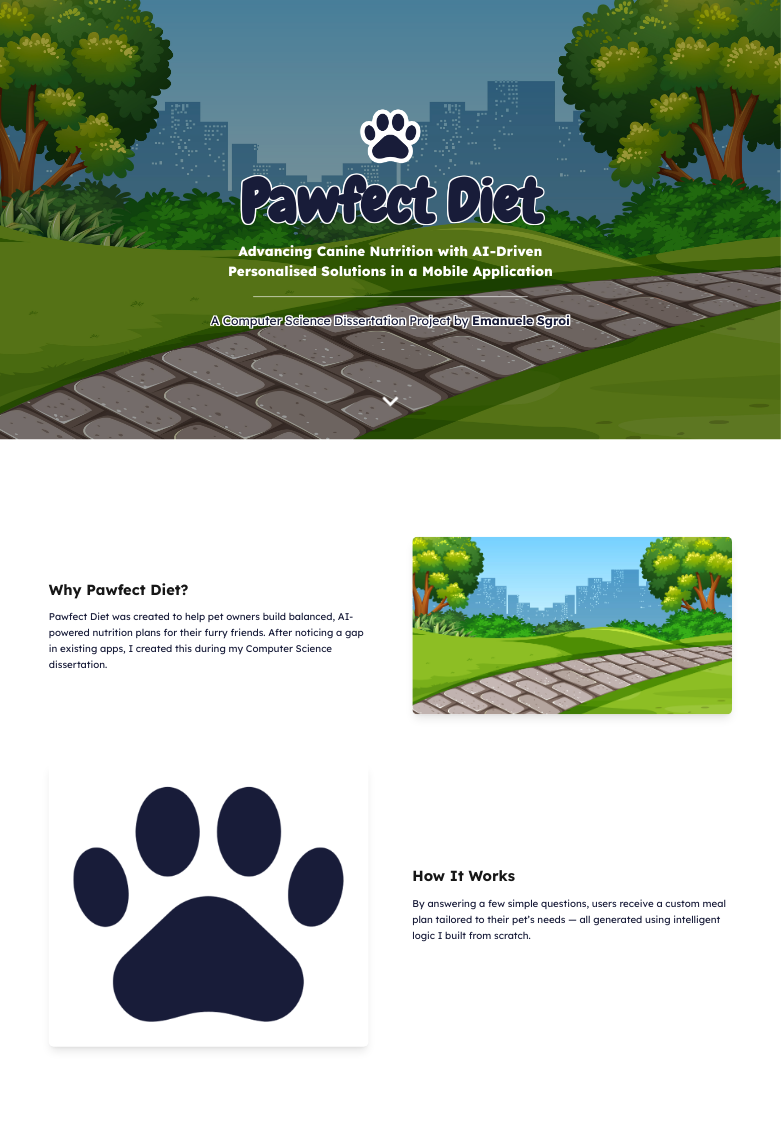
Repository: Emanuele-Sgroi/Pawfect-Diet-App-Showcase
Page: /
The author's editor kept a copy of each file at every save. The page is drawn from the files as they stood at one save, then again after the next save.
The browser window is 1280 px wide. The pictures show the whole page, at 61% of full size.
The project was rebuilt for these pictures with package versions that can differ from the ones it lists, and the page was loaded fresh each time. The framework's server and built-in components were replaced by stand-ins that run in the browser. Also part of the build but not shown: next.config.mjs.

Above is the page before, as saved 2025-04-18 15:58:17.

### src/app/page.js
import HeroSection from "@/components/HeroSection";
import AboutSectionBlock from "@/components/AboutSectionBlock";
import images from "@/utils/importImages";

export default function Home() {
  return (
    <main>
      <HeroSection />
      <section id="about" className="min-h-screen px-6 py-20 bg-white">
        <div className="max-w-6xl mx-auto">
          <AboutSectionBlock
            title="Why Pawfect Diet?"
            text="Pawfect Diet was created to help pet owners build balanced, AI-powered nutrition plans for their furry friends. After noticing a gap in existing apps, I created this during my Computer Science dissertation."
            image={images.hero_bg} // Replace with an actual app screenshot
          />

          <AboutSectionBlock
            title="How It Works"
            text="By answering a few simple questions, users receive a custom meal plan tailored to their pet’s needs — all generated using intelligent logic I built from scratch."
            image={images.logo_white} // Replace with another screenshot
            reverse
          />
        </div>
      </section>
    </main>
  );
}

### src/app/globals.css
@import url("https://fonts.googleapis.com/css2?family=Chewy&family=Cormorant+Garamond:ital,wght@0,300;0,400;0,500;0,600;0,700;1,300;1,400;1,500;1,600;1,700&family=Cormorant:ital,wght@0,300..700;1,300..700&family=Montserrat:ital,wght@0,100..900;1,100..900&family=Poppins:ital,wght@0,100;0,200;0,300;0,400;0,500;0,600;0,700;0,800;0,900;1,100;1,200;1,300;1,400;1,500;1,600;1,700;1,800;1,900&family=Roboto:ital,wght@0,100..900;1,100..900&display=swap");
@import url("https://fonts.googleapis.com/css2?family=Lexend:wght@100..900&display=swap");

@import "tailwindcss";

:root {
  --background: #ffffff;
  --foreground: #171717;

  --text-primary: #171717;
  --text-secondary: #181c39;
  --text-light: #ffffff;
}

.chewy-font {
  font-family: "Chewy", system-ui;
  font-style: normal;
}

.lexend-font {
  font-family: "Lexend", sans-serif;
  font-optical-sizing: auto;
  font-style: normal;
}

body {
  background: var(--background);
  color: var(--text-primary);
  font-family: "Lexend", sans-serif;
}

.text-primary {
  color: var(--text-primary);
}

.text-secondary {
  color: var(--text-secondary);
}

.text-light {
  color: var(--text-light);
}

.white_outline {
  text-shadow: 2px 2px 0 #ffffff, 2px -2px 0 #ffffff, -2px 2px 0 #ffffff,
    -2px -2px 0 #ffffff, 2px 0px 0 #ffffff, 0px 2px 0 #ffffff,
    -2px 0px 0 #ffffff, 0px -2px 0 #ffffff;
}

### src/components/HeroSection.js
"use client";

import Image from "next/image";
import { Link as ScrollLink } from "react-scroll";
import { FaChevronDown } from "react-icons/fa";
import images from "@/utils/importImages";

export default function HeroSection() {
  return (
    <section
      id="hero"
      className="relative h-screen w-full flex flex-col justify-center items-center text-white p-6"
    >
      {/* Background Image */}
      <Image
        src={images.hero_bg}
        alt="Hero Background"
        fill
        className="object-cover"
        priority
      />

      {/* Overlay */}
      <div className="absolute inset-0 bg-black/40 z-10" />

      {/* Centered Logo */}
      <div className="z-20 flex flex-col items-center">
        <Image
          src={images.logo_white}
          alt="App Logo"
          width={200}
          height={200}
          className="mb-4 w-[100px] h-auto max-w-[80%]"
        />
        <h1 className="max-[500px]:text-[39px] text-6xl md:text-8xl chewy-font font-bold text-center text-secondary white_outline">
          Pawfect Diet
        </h1>
        <h2 className="mt-4 font-extrabold text-[18px] sm:text-[22px] max-w-[650px] text-center">
          Advancing Canine Nutrition with AI-Driven Personalised Solutions in a
          Mobile Application
        </h2>
        <div className="bg-white w-full h-px max-w-[450px] my-6" />
        <p className="text-[16px] sm:text-[20px] max-w-[650px] text-center text-secondary white_outline">
          A Computer Science Dissertation Project by{" "}
          <a
            href="https://www.emanuelesgroi.com/"
            target="_blank"
            rel="noopener noreferrer"
            className="font-bold hover:opacity-80 transition"
          >
            Emanuele Sgroi
          </a>
        </p>
      </div>

      {/* Scroll Arrow */}
      <ScrollLink
        to="about"
        smooth={true}
        duration={500}
        className="absolute bottom-10 z-20 cursor-pointer"
      >
        <FaChevronDown className="text-3xl animate-bounce" />
      </ScrollLink>
    </section>
  );
}

### src/components/AboutSectionBlock.js
// components/AboutSectionBlock.jsx
import Image from "next/image";

export default function AboutSectionBlock({
  title,
  text,
  image,
  reverse = false,
}) {
  return (
    <div
      className={`flex flex-col md:flex-row items-center justify-between gap-10 my-20 ${
        reverse ? "md:flex-row-reverse" : ""
      }`}
    >
      {/* Text */}
      <div className="w-full md:w-1/2 text-primary px-4">
        <h3 className="text-2xl font-bold mb-4">{title}</h3>
        <p className="text-base leading-relaxed text-secondary">{text}</p>
      </div>

      {/* Image */}
      <div className="w-full md:w-1/2 px-4">
        <Image
          src={image}
          alt={title}
          className="rounded-lg shadow-lg object-cover"
          width={600}
          height={400}
        />
      </div>
    </div>
  );
}

### src/utils/importImages.js
import hero_bg from "../../public/images/hero_bg.jpg";
import logo_white from "../../public/images/logo_white.png";
import about1 from "../../public/images/about1.jpg";
import about2 from "../../public/images/about2.jpg";

const images = { hero_bg, logo_white, about1, about2 };

export default images;

Loaded but not shown: src/app/layout.js (common file)

After the next save:
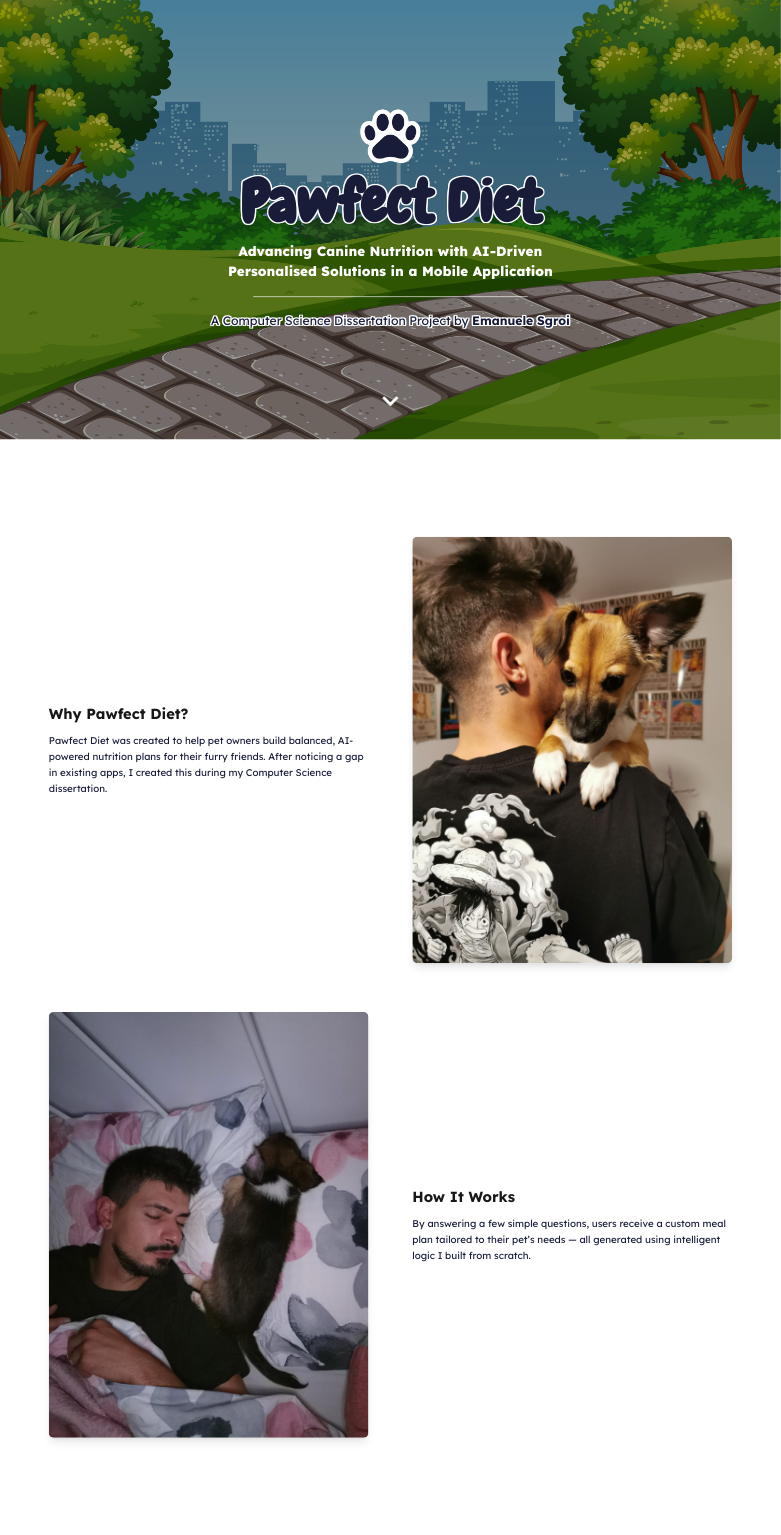
Saved 32 s later.
--- a/src/app/page.js
+++ b/src/app/page.js
@@ -11,13 +11,13 @@
           <AboutSectionBlock
             title="Why Pawfect Diet?"
             text="Pawfect Diet was created to help pet owners build balanced, AI-powered nutrition plans for their furry friends. After noticing a gap in existing apps, I created this during my Computer Science dissertation."
-            image={images.hero_bg} // Replace with an actual app screenshot
+            image={images.about1}
           />
 
           <AboutSectionBlock
             title="How It Works"
             text="By answering a few simple questions, users receive a custom meal plan tailored to their pet’s needs — all generated using intelligent logic I built from scratch."
-            image={images.logo_white} // Replace with another screenshot
+            image={images.about2}
             reverse
           />
         </div>
